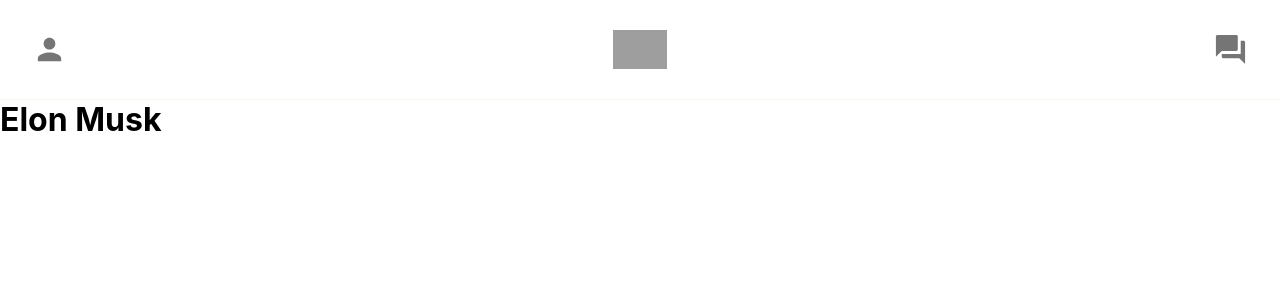
Repository: exiled-kal/TinderApp
Page: /
The author's editor kept a copy of each file at every save. The page is drawn from the files as they stood at one save, then again after the next save.
The browser window is 1280 px wide. The pictures show the whole page.
Pictures or frames that could not be fetched are drawn as grey boxes. The project was rebuilt for these pictures with package versions that can differ from the ones it lists, and the page was loaded fresh each time. Also part of the build but not shown: src/App.css, src/TinderCards.css.

Above is the page before, as saved 2020-09-14 22:57:17.

After the next save:
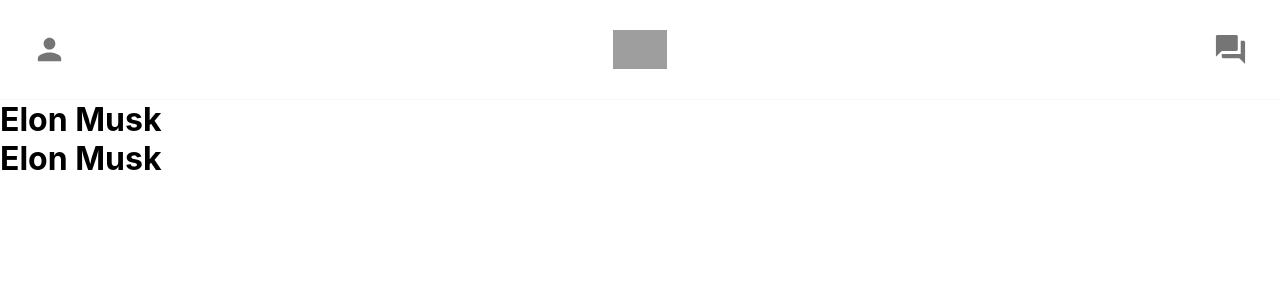
Saved 49 s later.
--- a/src/TinderCards.js
+++ b/src/TinderCards.js
@@ -3,6 +3,11 @@
 
 function TinderCards() {
   const [people, setPeople] = useState([
+    {
+      name: 'Elon Musk',
+      url:
+        'https://newsabc.net/wp-content/uploads/2020/08/Elon-Musk-today-proposes-brain-chip-that-can-give-you.jpg',
+    },
     {
       name: 'Elon Musk',
       url:
